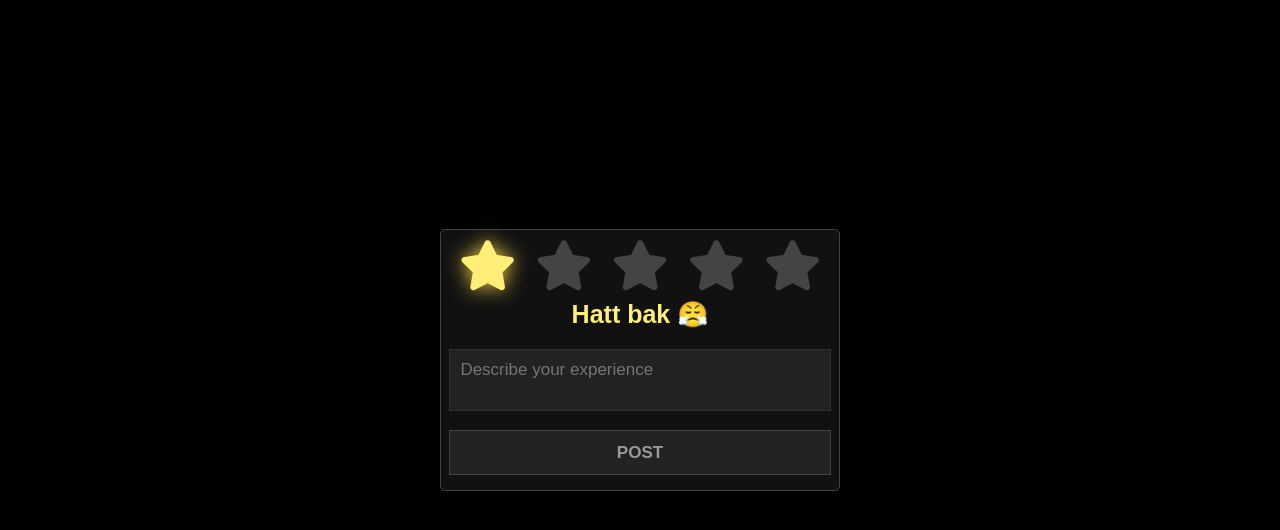
Repository: Suryansh-D/Star-Ratings
Page: index.html
An editor plug-in stored every save of this project. The page is shown before and after the next save, followed by the edit.
The browser window is 1280 px wide. The pictures show the whole page.
The first `#rate-1` is checked.

Above is the page before, as saved 2024-02-03 10:16:06.

After the next save:
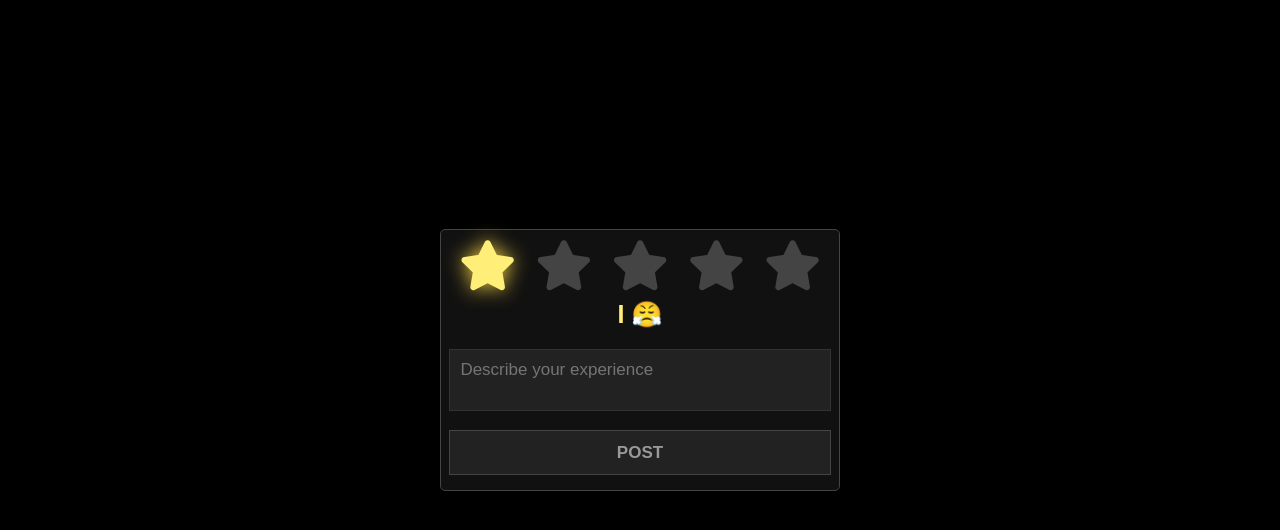
Saved 4 s later.
--- a/style.css
+++ b/style.css
@@ -65,7 +65,7 @@ input#rate-1:checked ~ label{
 }
 
 #rate-1:checked ~ form header:before{
-    content: "Hatt bak 😤";
+    content: "I  😤";
 
 }
 form header{
